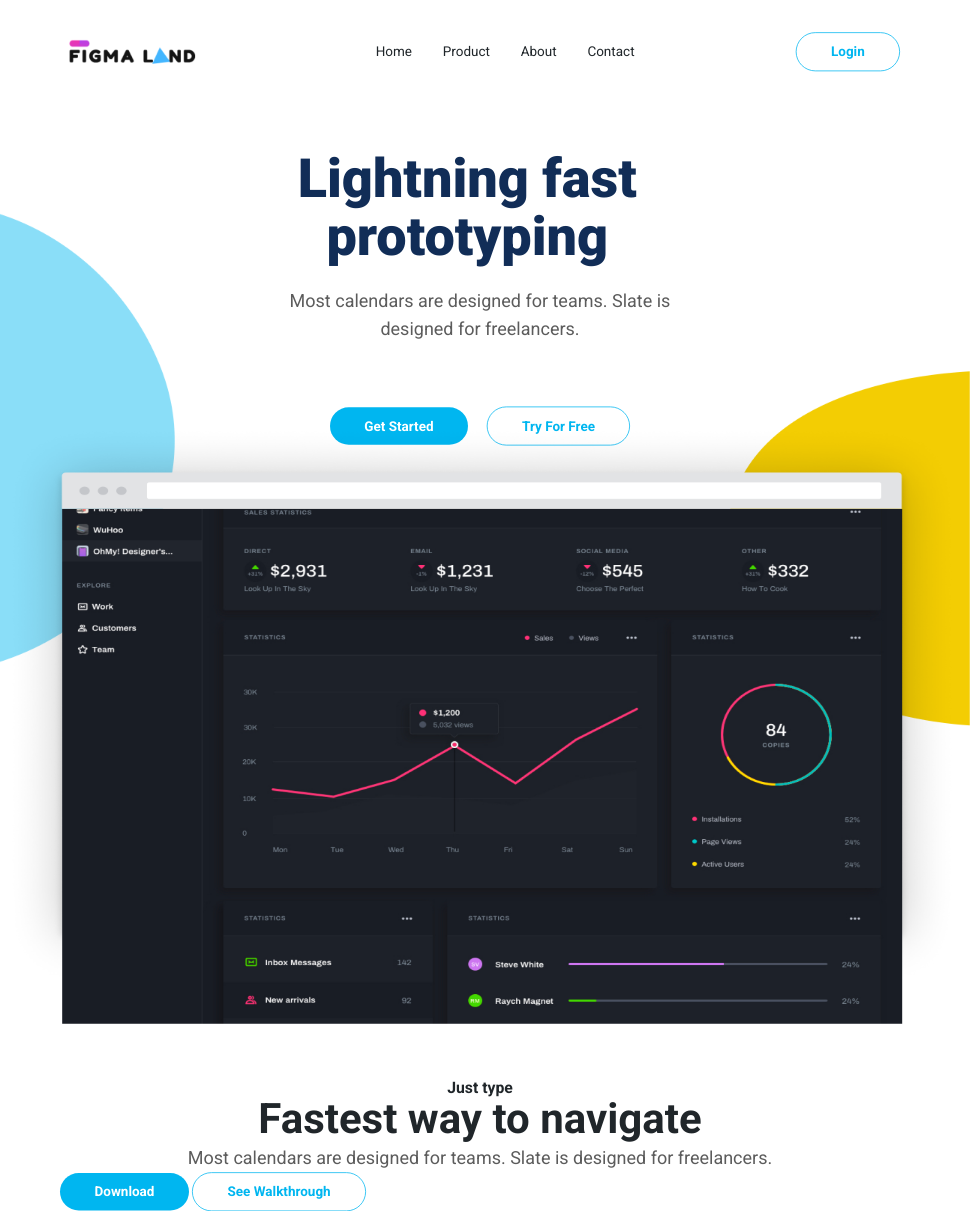
Repository: tungcutte35/Figma-Land
Page: sass/index.html
The author's editor kept a copy of each file at every save. The page is drawn from the files as they stood at one save, then again after the next save.
The browser window is 1280 px wide. The page is 1293 px wide, so the pictures cover 1293 px, including what lies to the right of the window. The pictures show the whole page, at 75% of full size.
The style sheet was rebuilt from its Sass, Less or Tailwind sources for each picture, by a compiler version that may differ from the author's.

Above is the page before, as saved 2021-10-23 17:16:45.

### sass/index.html
<!DOCTYPE html>
<html lang="en">
<head>
  <meta charset="UTF-8">
  <meta http-equiv="X-UA-Compatible" content="IE=edge">
  <meta name="viewport" content="width=device-width, initial-scale=1.0">
  <title>Figma Land</title>
  <link rel="stylesheet" href="./css/app.css">
  <link rel="preconnect" href="https://fonts.googleapis.com">
  <link rel="preconnect" href="https://fonts.gstatic.com" crossorigin>
  <link href="https://fonts.googleapis.com/css2?family=Roboto:wght@400;700;900&display=swap" rel="stylesheet">
</head>
<body>
 <div class="wrapper">
   <header class="header">
    <div class="container">
      <div class="header-container">
        <div class="header-img">
          <a href="#">
            <img srcset="./images/logo.png 2x" alt="">
          </a>
        </div>
        <ul class="menu">
          <li class="menu-item">
            <a href="#" class="menu-link">Home</a>
          </li>
          <li class="menu-item">
            <a href="#" class="menu-link">Product</a>
          </li>
          <li class="menu-item">
            <a href="#" class="menu-link">About</a>
          </li>
          <li class="menu-item">
            <a href="#" class="menu-link">Contact</a>
          </li>
        </ul>
        <div class="header-login">
          <button class="button button--outline">Login</button>
        </div>

      </div>
    </div>
   </header>
   <section class="lightning">
     <div class="container">
       <div class="lightning-container">
         <div class="lightning-header">
           <h2 class="lightning-heading">Lightning fast
            prototyping</h2>
           <p class="text lightning-content">
            Most calendars are designed for teams. Slate is
            designed for freelancers.
           </p>
           <div class="lightning-button">
             <button class="button button--primary">Get Started</button>
             <button class="button button--outline">Try For Free</button>
           </div>
         </div>
         <img srcset="./images/img.png 2x" alt="" class="lightning-img">
         <img srcset="./images/Vector.png 2x" alt="" class="lightning-vector1">
         <img srcset="./images/Vector2.png 2x" alt="" class="lightning-vector2">
       </div>
     </div>
   </section>
   <section class="fastest">
     <div class="container">
       <div class="fastest-container">
         <div class="fastest-header">
           <h3 class="fastes-type">Just type</h3>
           <h3 class="heading fastest-heading">Fastest way to navigate</h3>
           <p class="text fastest-content">
             Most calendars are designed for teams.
            Slate is designed for freelancers.
          </p>
         </div>
         <div class="fastest-button">
           <button class="button button--primary">Download</button>
           <button class="button button--outline">See Walkthrough</button>
         </div>
       </div>
     </div>
   </section>

 </div>
</body>
</html>

### sass/app.scss
@import "./reset";
@import "./variables";
@import "./global";
@import "./header";
@import "./menu";
@import "./lightning";
@import "./fastest";

### sass/_variables.scss
$font: "Roboto", sans-serif;
$primary-color: #00b6f0;
$heading-color: #20262a;
$text-color: #5c5c5c;
$secondary-color: #112d57;

### sass/_global.scss
.wrapper {
  max-width: 1282px;
  margin: 0 auto;
}
.container {
  max-width: 1160px;
  margin: 0 auto;
  padding: 0 20px;
}
body {
  font-family: $font;
  line-height: 1;
  font-size: 18px;
  color: $heading-color;
}
ul {
  list-style-type: none;
}
.button {
  display: inline-flex;
  justify-content: center;
  align-items: center;
  font-size: 18px;
  font-weight: 700;
  // height: 50px;
  line-height: 1;
  font-family: $font;
  padding: 16px 46px;
  border-radius: 85px;
  background-color: transparent;
  border: 0;
  outline: none;
  cursor: pointer;
  transition-duration: 0.4s;

  &--primary {
    color: #fff;
    background-color: $primary-color;
    &:hover {
      color: $primary-color;
      background-color: transparent;
      border: 1.4px solid $primary-color;
    }
  }
  &--outline {
    color: $primary-color;
    border: 1.4px solid $primary-color;
    &:hover {
      background-color: $primary-color;
      color: white;
    }
  }
}

.heading {
  color: $heading-color;
  font-weight: 700;
  font-size: 56px;
  line-height: calc(65 / 56);
}
.text {
  font-size: 24px;
  font-weight: 450;
  color: $text-color;
  line-height: calc(38 / 24);
}

### sass/_header.scss
.header {
  margin-top: 30px;
  margin-bottom: 91px;

  &-container {
    display: flex;
    justify-content: space-between;
    align-items: center;
  }
}

### sass/_menu.scss
.menu {
  display: flex;

  gap: 0 41px;
  &-item {
    display: flex;
    align-items: center;
    justify-content: center;
  }
  &-link {
    color: inherit;
    &:after {
      display: block;
      content: "";
      border-bottom: solid 2px $primary-color;
      transform: scaleX(0);
      transition: transform 250ms ease-in-out;
    }
    &:hover:after {
      transform: scaleX(1);
    }
    &:hover {
      color: $primary-color;
    }
  }
}

### sass/_lightning.scss
.lightning {
  position: relative;
  margin-bottom: 800px;

  &-container {
    display: flex;
    align-items: center;
    justify-content: center;
    gap: 0 25px;
  }
  &-header {
    text-align: center;
    max-width: 544px;
  }
  &-heading {
    max-width: 510px;
    font-weight: 900;
    font-size: 72px;
    line-height: calc(78 / 72);
    color: $secondary-color;
    margin-bottom: 27px;
  }
  &-content {
    margin-bottom: 84px;
  }
  &-button {
    display: flex;
    align-items: center;
    justify-content: center;
    gap: 0 25px;
    margin-bottom: 45px;
  }
  &-vector1 {
    position: absolute;
    left: -1%;
    bottom: -60%;
  }
  &-vector2 {
    position: absolute;
    right: -1%;
    bottom: -75%;
  }
  &-img {
    position: absolute;
    bottom: -165%;
    left: 2px;
    z-index: 99;
    width: 100%;
    height: 803px;
  }
}

### sass/_fastest.scss
.fastest {
  &-container {
    margin: 0 auto;
  }
  &-header {
    text-align: center;
  }
  &-type {
    font-size: 36px;
    line-height: calc(42 / 36);
    color: #f3cd03;
  }
}

Loaded but not shown: sass/_reset.scss (common file)

After the next save:
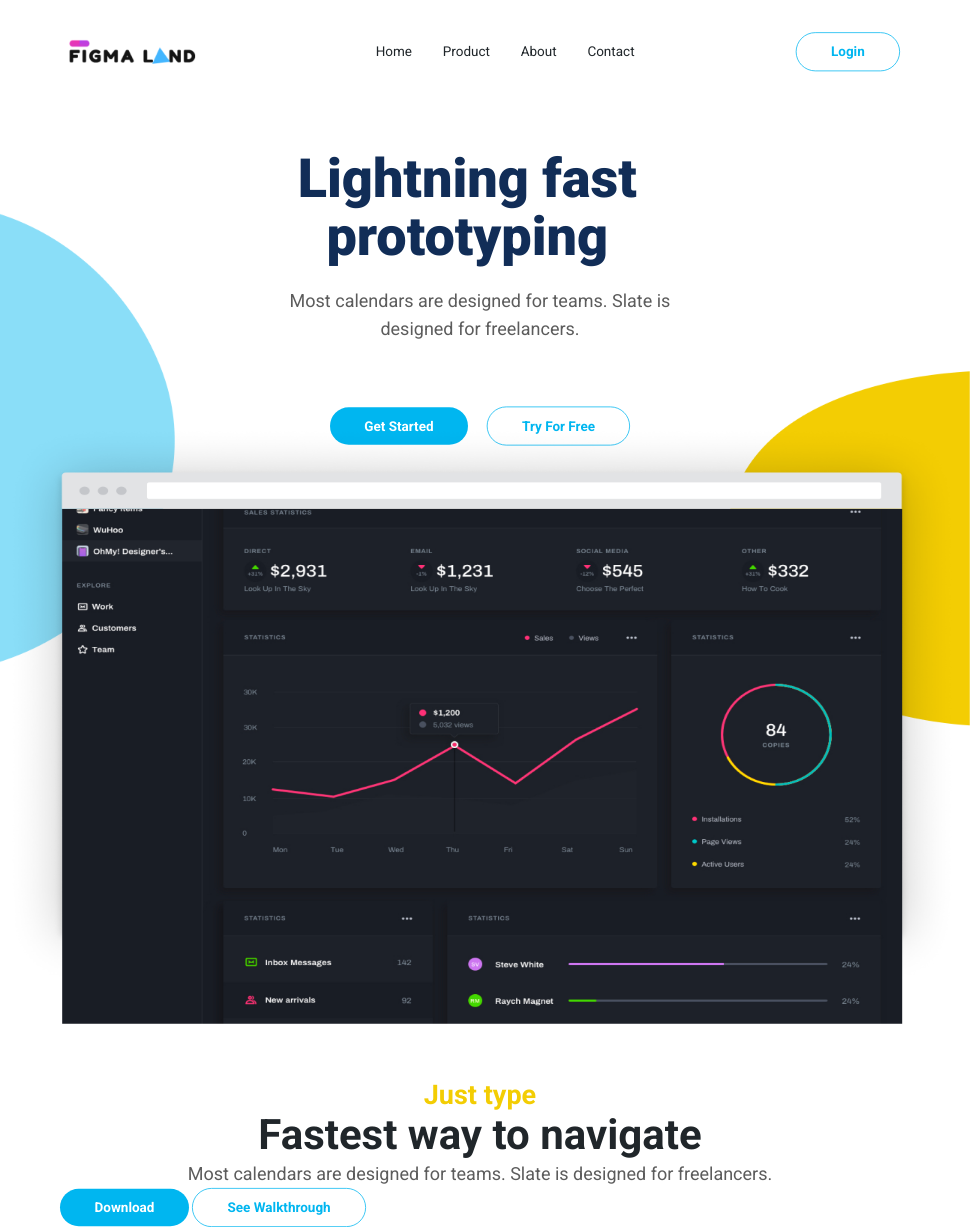
Saved 20 s later.
--- a/sass/index.html
+++ b/sass/index.html
@@ -66,7 +66,7 @@
      <div class="container">
        <div class="fastest-container">
          <div class="fastest-header">
-           <h3 class="fastes-type">Just type</h3>
+           <h3 class="fastest-type">Just type</h3>
            <h3 class="heading fastest-heading">Fastest way to navigate</h3>
            <p class="text fastest-content">
              Most calendars are designed for teams.
